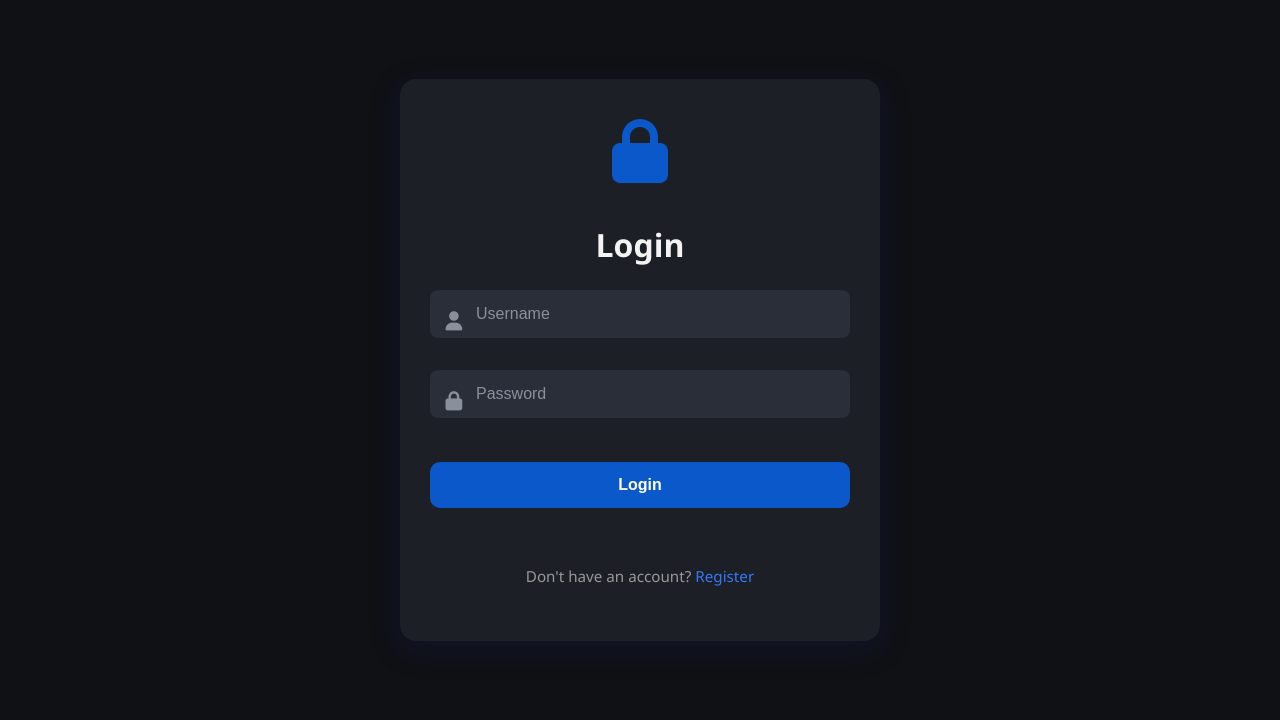
Repository: lowluds/auth-flask
Page: http://localhost/login
The author's editor kept a copy of each file at every save. The page is drawn from the files as they stood at one save, then again after the next save.
The browser window is 1280 px wide. The pictures show the whole page.
The page is served by the project's application, run on Flask 3 (login.py).

Above is the page before, as saved 2025-07-10 22:43:56.

After the next save:
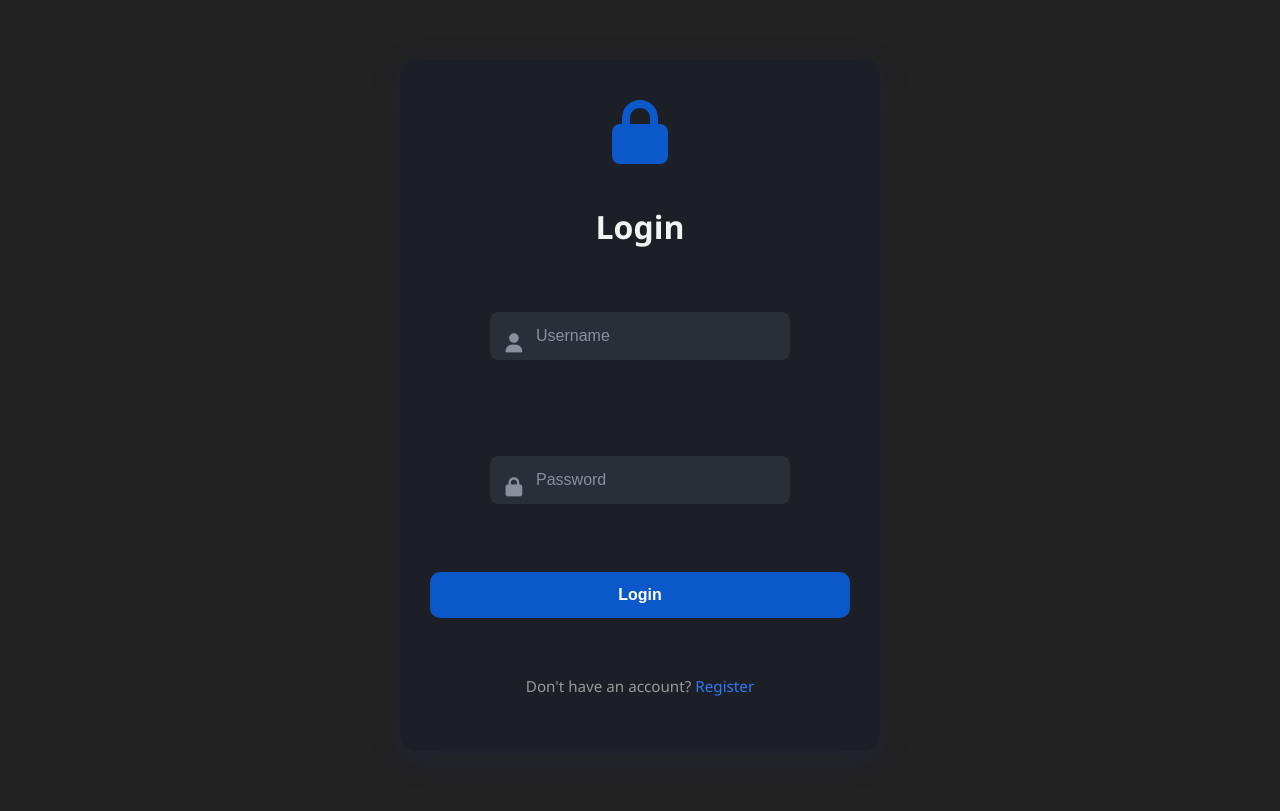
Saved 4 min 1 s later.
--- a/templates/login.html
+++ b/templates/login.html
@@ -7,6 +7,39 @@
     <link rel="stylesheet" href="{{ url_for('static', filename='register.css') }}">
     <link rel="stylesheet" href="{{ url_for('static', filename='error.css') }}">
     <link rel="stylesheet" href="https://cdnjs.cloudflare.com/ajax/libs/font-awesome/6.5.0/css/all.min.css">
+
+    <style>
+    body { background: #222; }
+    .input-group {
+      position: relative;
+      width: 300px;
+      margin: 40px auto;
+    }
+    .input-group i {
+      position: absolute;
+      top: 50%;
+      left: 14px;
+      transform: translateY(-50%);
+      width: 20px;
+      color: #8a8f9c;
+      font-size: 1.2rem;
+      pointer-events: none;
+      display: flex;
+      justify-content: center;
+    }
+    .input-group input {
+      padding: 14px 16px 14px 46px;
+      height: 48px;
+      border: none;
+      border-radius: 8px;
+      background-color: #2a2e39;
+      color: #f3f3f3;
+      font-size: 1rem;
+      width: 100%;
+      box-sizing: border-box;
+    }
+  </style>
+
 </head>
 
 <body>
